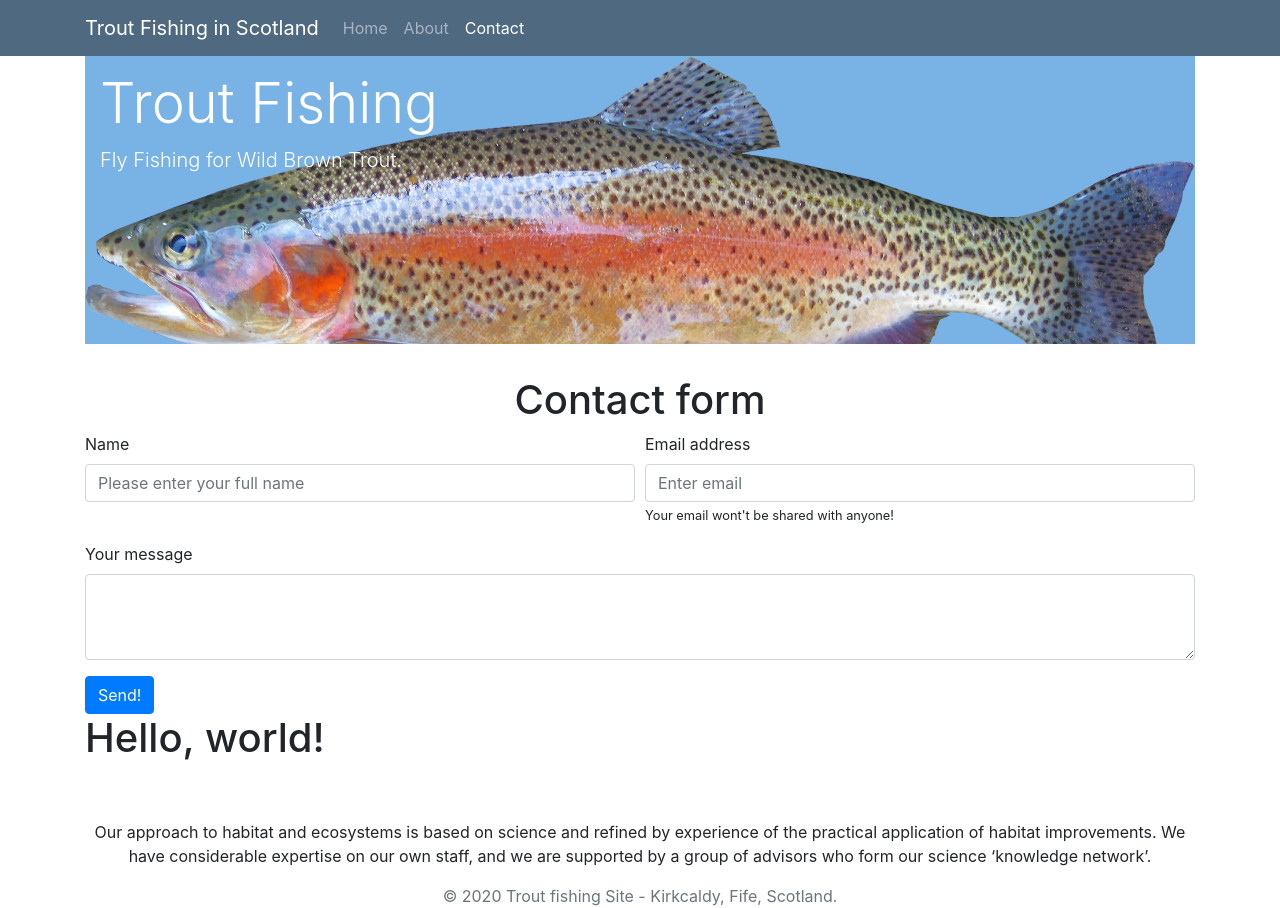
Repository: adrian9211/College_project
Page: contact.html
An editor plug-in stored every save of this project. The page is shown before and after the next save, followed by the edit.
The browser window is 1280 px wide. The pictures show the whole page.

Above is the page before, as saved 2020-11-04 08:29:36.

After the next save:
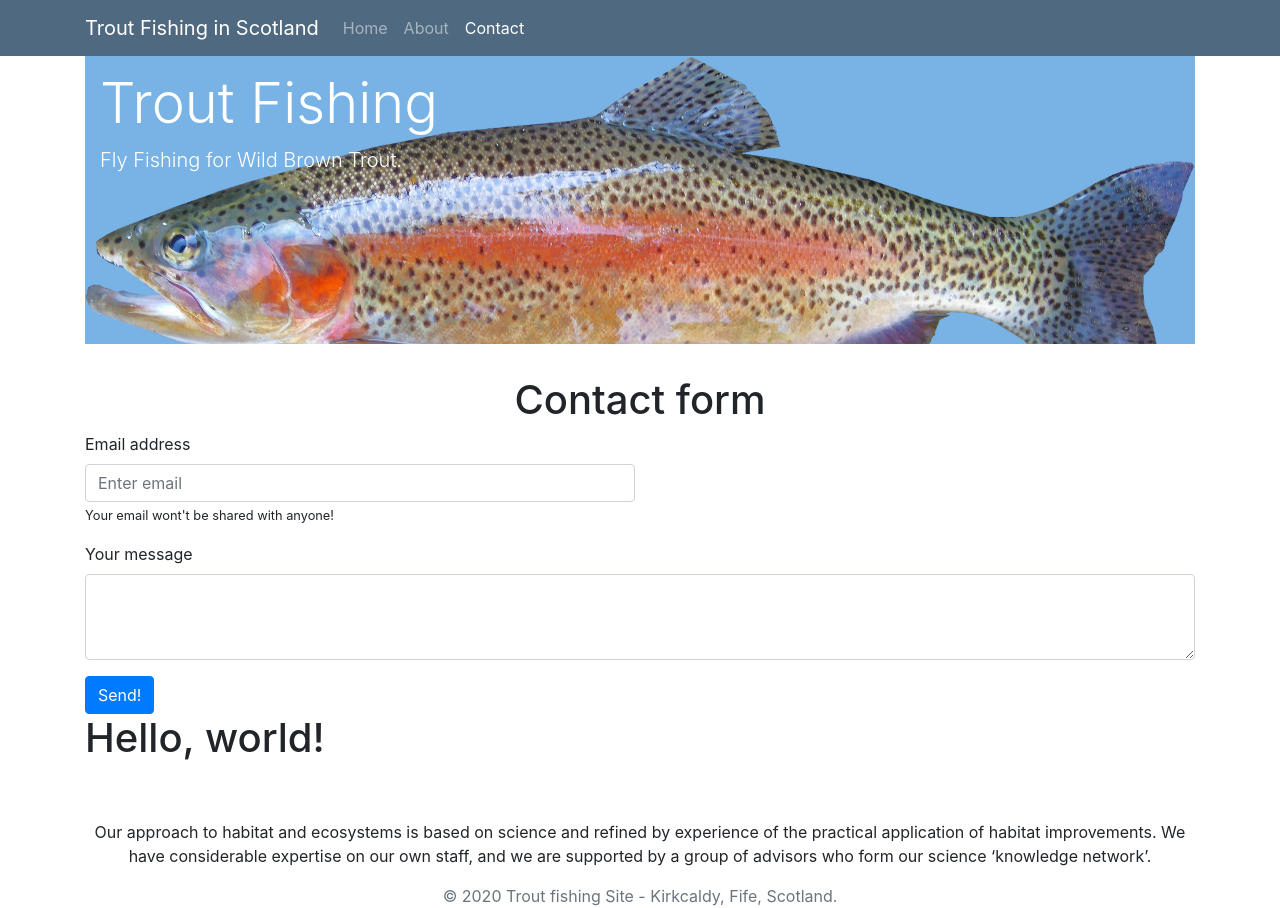
Saved 24 s later.
--- a/contact.html
+++ b/contact.html
@@ -48,12 +48,7 @@
       <form action="mailto:adrian9211@gmail.com" method="POST" class="needs-validation form" novalidate>
         <h1 class="text-center">Contact form</h1>
         <div class="form-row">
-          <div class="form-group col-md-6">
-            <label for="inputEmail4">Name</label>
-            <input type="text" class="form-control" name="name" placeholder="Please enter your full name" required>
-            <div class="valid-feedback">Looking nice</div>
-            <div class="invalid-feedback">Please, enter your name</div>
-          </div>
+
           <div class="form-group col-md-6">
             <label for="inputEmail4">Email address</label>
             <input type="email" class="form-control" name="email" placeholder="Enter email" required>
